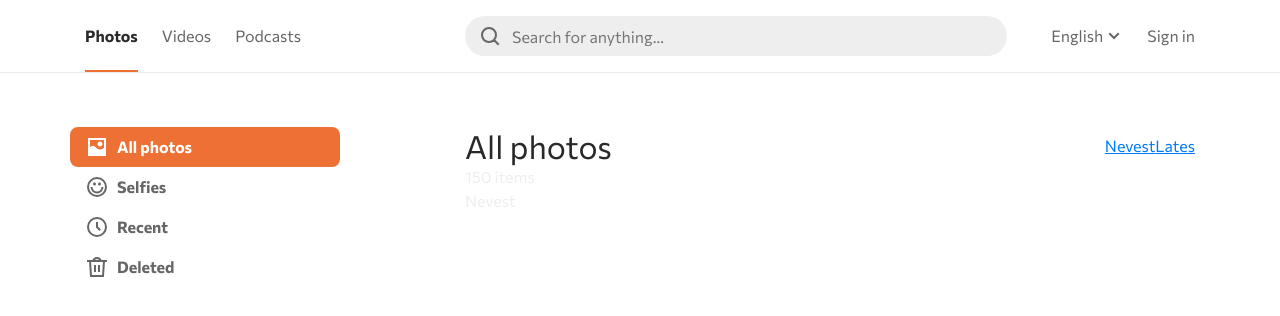
Repository: densavi/djinni
Page: index.html
These files come from the project's save history. The page is drawn as it stood at one moment and after the next save; the edit follows.
The browser window is 1280 px wide. The pictures show the whole page.
The style sheet was rebuilt from its Sass, Less or Tailwind sources for each picture, by a compiler version that may differ from the author's.

Above is the page before, as saved 2023-04-10 23:54:48.

After the next save:
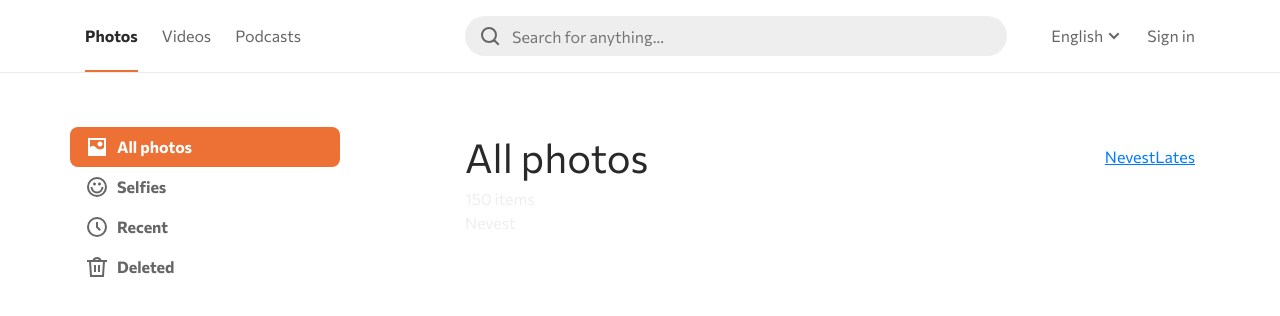
Saved 11 s later.
--- a/css/components/_content.scss
+++ b/css/components/_content.scss
@@ -2,5 +2,7 @@
   &__title {
     margin: 0;
     color: $darkBlack;
+    font-size: 40px;
+    line-height: 1.5;
   }
 }
